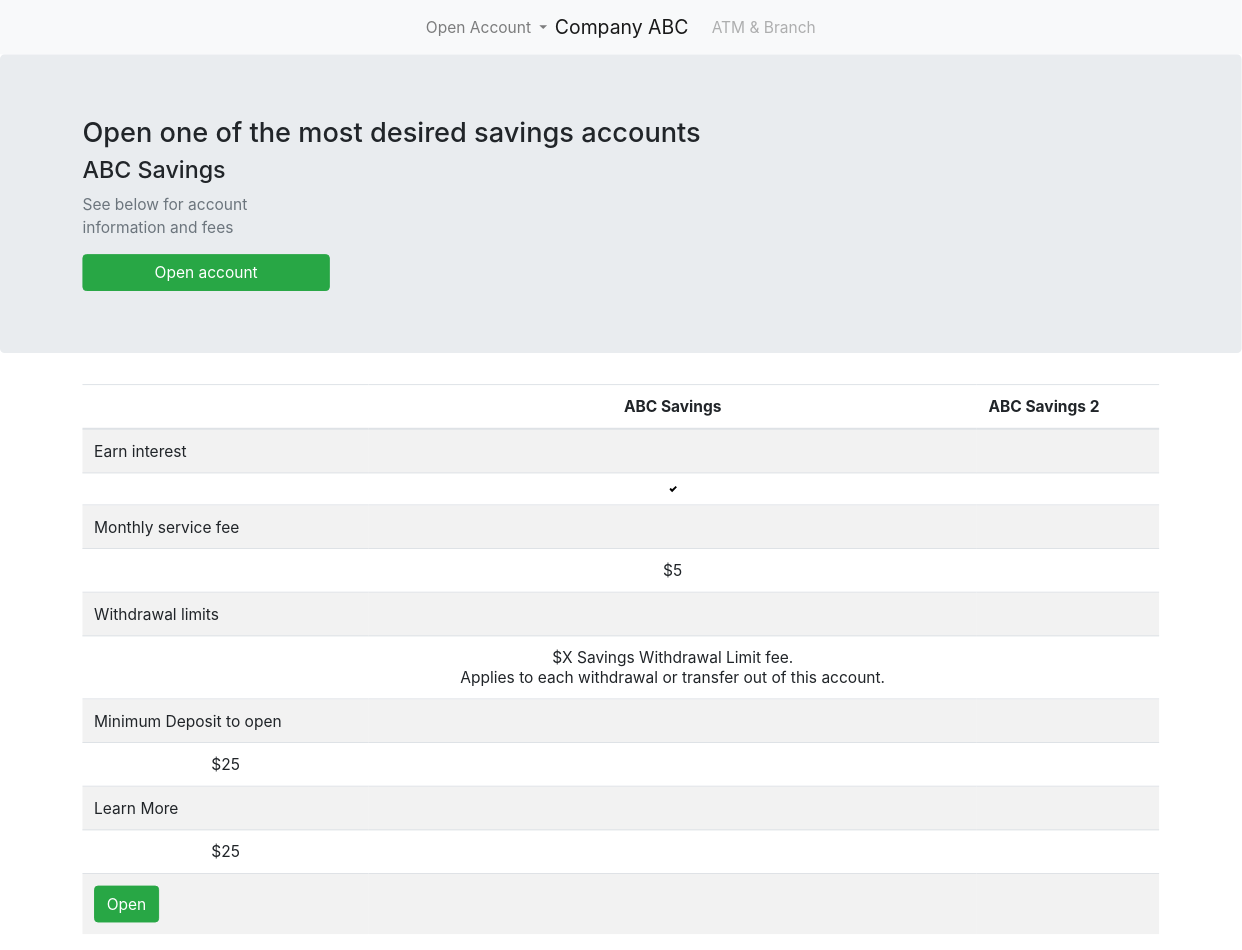
Repository: barriosan95/banking-opening-account-demo
Page: http://localhost/savings
The author's editor kept a record of every edit. The page is drawn from the files as they stood at one moment, then again after the next edit.
The browser window is 1280 px wide. The pictures show the whole page, at 97% of full size.
Some web fonts or font styles are not loaded; a fallback is used. Some web libraries are served in a nearby version. The page is served by the project's Node server (index.js).

Above is the page before.

### views/savings.ejs
<% include ./partials/header %>

<div class = "jumbotron">
    <div class ="container">
        <h3> Open one of the most desired savings accounts </h3>
        <div class ="row">
            <div class ="col-md-3">
                <h4>ABC Savings</h4>
                <p class="text-muted">See below for account information and fees</p>
                <button type="submit" class="btn btn-success btn-block">Open account</button>
            </div>
        </div>
    </div>
</div>

<div class="container mt-4 text-center">
    <table class="table table-striped">
        <thead>
            <tr>
              <th scope="col"></th>
              <th class ="text-center" scope="col">ABC Savings</th>
              <th scope="col">ABC Savings 2</th>
            </tr>
        </thead>
        <tbody>
            <tr>
              <td>Earn interest</td>
              <td></td>
              <td></td>
            </tr>
            <tr>
              <td></td>
              <td class="text-center"><img src="icons/check.svg"> </td>
              <td></td>
            </tr>
            <tr>
              <td>Monthly service fee </td>
              <td></td>
              <td></td>
            </tr>
            <tr>
              <td></td>
              <td  class="text-center" >$5</td>
              <td></td>
            </tr>
            <tr>
              <td> Withdrawal limits</td>
              <td></td>
              <td></td>
            </tr>
            <tr>
              <td></td>
              <td  class="text-center"> $X Savings Withdrawal Limit fee. <br> Applies to each withdrawal or transfer out of this account.</td>
              <td></td>
            </tr>
            <tr>
              <td> Minimum Deposit to open  </td>
              <td></td>
              <td></td>
            </tr>
            <tr>
              <td class="text-center"> $25 </td>
              <td></td>
              <td></td>
            </tr>
            <tr>
              <td> Learn More </td>
              <td></td>
              <td></td>
            </tr>
            <tr>
              <td class="text-center"> $25 </td>
              <td></td>
              <td></td>
            </tr>
            <tr>
              <td> <button type="submit" class="btn btn-success">Open</button> </td>
              <td></td>
              <td></td>
            </tr>
        </tbody>
    </table>
</div>

<% include ./partials/footer %>

### views/partials/header.ejs
<!DOCTYPE HTML!>
<html>

    <head>


        <!--CDN Bootstrap v4.1.3-->
        <link rel="stylesheet" href="https://stackpath.bootstrapcdn.com/bootstrap/4.1.3/css/bootstrap.min.css">
        <link rel="stylesheet" href="https://cdnjs.cloudflare.com/ajax/libs/font-awesome/4.7.0/css/font-awesome.min.css">

        <!--font -->
        <link href="https://fonts.googleapis.com/css?family=Muli:200,300,400,700,800" rel="stylesheet">

        <!--Will ensure proper responsivness on mobile devices-->
        <meta name="viewport" content="width=device-width, initial-scale=1, shrink-to-fit=no">

        <title> Banking OA Demo </title>

        <meta name="viewport" content="width=device-width, initial-scale=1, maximum-scale=1, user-scalable=no">

    </head>

    <body>

    <!--NAVBAR-->
        <nav class="navbar navbar-expand-lg navbar-light bg-light">
            <button class="navbar-toggler" type="button" data-toggle="collapse" data-target="#navbarNavDropdown" aria-controls="navbarNavDropdown" aria-expanded="false" aria-label="Toggle navigation">
                <span class="navbar-toggler-icon"></span>
            </button>

            <div class="collapse navbar-collapse" id="navbarNavDropdown">
                <ul class="navbar-nav mx-auto">
                    <li class="nav-item dropdown">
                        <a class="nav-link dropdown-toggle" href="#" id="navbarDropdown" role="button" data-toggle="dropdown">
                            Open Account
                        </a>
                        <div class="dropdown-menu" aria-labelledby="navbarDropdown">
                          <a class="dropdown-item" href="/checking">Checking Accounts</a>
                          <div class="dropdown-divider"></div>
                          <a class="dropdown-item" href="/savings">Savings Accounts </a>
                          <div class="dropdown-divider"></div>
                          <a class="dropdown-item" href="#">Money Market Accounts</a>
                          <div class="dropdown-divider"></div>
                          <a class="dropdown-item" href="#">CD and IRA's</a>

                        </div>
                    </li>
                    <a class="navbar-brand" href="/"> Company ABC </a>
                     <li class="nav-item">
                        <a class="nav-link disabled" href="#">ATM & Branch</a>
                     </li>
                </ul>
            </div>
        </nav>

### views/partials/footer.ejs

        <!--Bootstrap js scripts-->
        <script src="https://code.jquery.com/jquery-3.3.1.min.js" integrity="sha256-FgpCb/KJQlLNfOu91ta32o/NMZxltwRo8QtmkMRdAu8="crossorigin="anonymous"></script>
        <script src="https://cdnjs.cloudflare.com/ajax/libs/popper.js/1.12.9/umd/popper.min.js" integrity="sha384-ApNbgh9B+Y1QKtv3Rn7W3mgPxhU9K/ScQsAP7hUibX39j7fakFPskvXusvfa0b4Q" crossorigin="anonymous"></script>
        <script src="https://maxcdn.bootstrapcdn.com/bootstrap/4.0.0/js/bootstrap.min.js" integrity="sha384-JZR6Spejh4U02d8jOt6vLEHfe/JQGiRRSQQxSfFWpi1MquVdAyjUar5+76PVCmYl" crossorigin="anonymous"></script>
        <!--JS SCIPTs -->

        <script src="/js/forms.js"></script>
        <script src="https://cdn.jsdelivr.net/npm/jquerykeyframes@1.0.5/dist/jquery.keyframes.min.js"></script>

    </body>
</html>

### index.js
const express = require('express');


const mainRoutes = require('./routes/main');

//APP CONFIGURATIONS
var app = express();
    app.set('view engine','ejs');
    app.use(express.static("public"));
    app.use(mainRoutes);





app.listen(process.env.PORT,process.env.IP,function(){
    console.log('Server established.');
});

### routes/main.js
const express = require('express');

const router = express.Router();

router.get("/", function(req,res){
    res.render('main');
});

router.get("/checking",function(req,res){
    res.render('checking');
});

router.get("/savings",function(req,res){
    res.render('savings');
});


module.exports = router;

### public/icons/check.svg
<svg xmlns="http://www.w3.org/2000/svg" width="8" height="8" viewBox="0 0 8 8">
  <path d="M6.41 0l-.69.72-2.78 2.78-.81-.78-.72-.72-1.41 1.41.72.72 1.5 1.5.69.72.72-.72 3.5-3.5.72-.72-1.44-1.41z" transform="translate(0 1)" />
</svg>

Loaded but not shown: public/js/forms.js (no copy from this time; the picture is the same without it)

After the next edit:
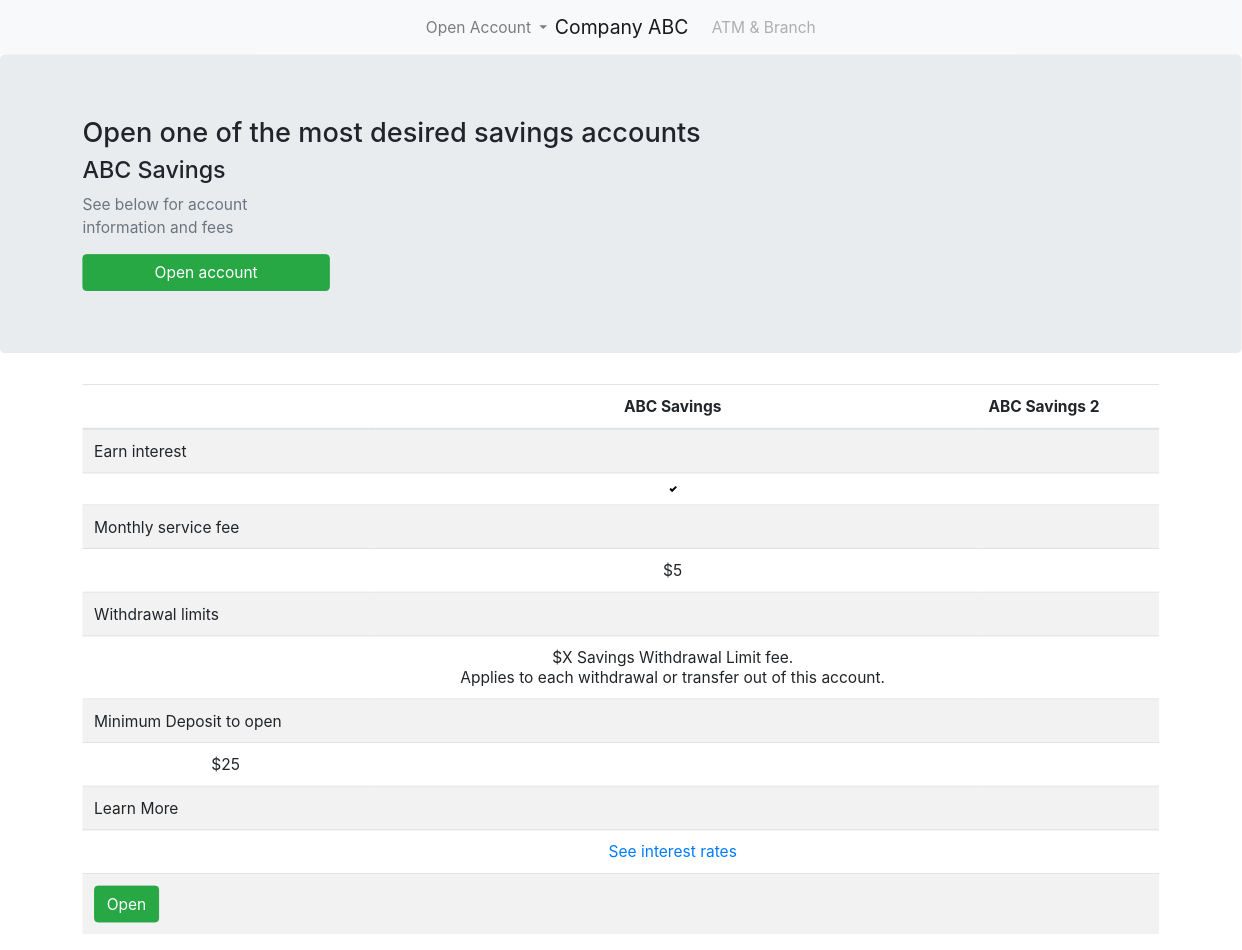
The edit:
--- a/views/savings.ejs
+++ b/views/savings.ejs
@@ -69,8 +69,8 @@
               <td></td>
             </tr>
             <tr>
-              <td class="text-center"> $25 </td>
               <td></td>
+              <td class="text-center"> <a href='#'> See interest rates </a></td>
               <td></td>
             </tr>
             <tr>
